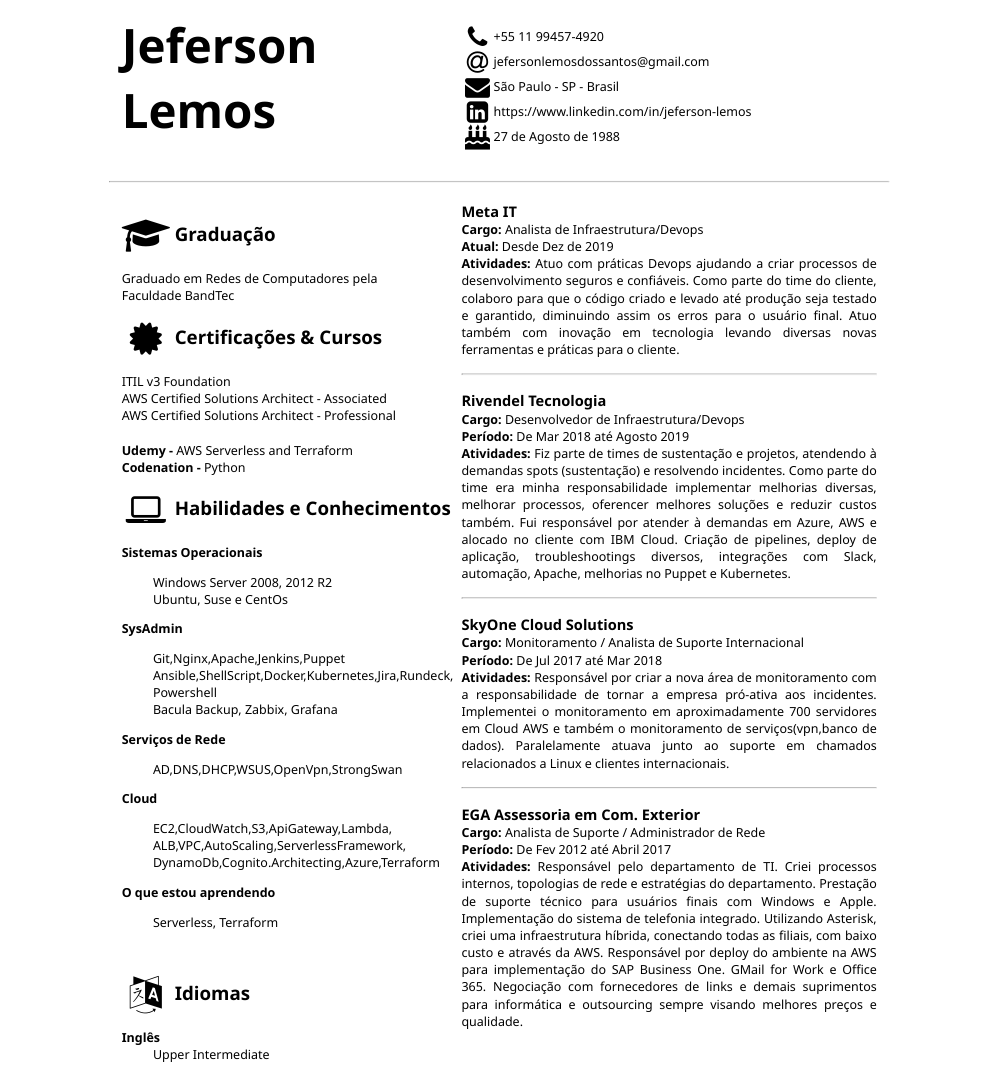
Repository: jefersonlemos/Resume-pt
Page: index.html
The author's editor kept a copy of each file at every save. The page is drawn from the files as they stood at one save, then again after the next save.
The browser window is 1280 px wide. The pictures show the whole page, at 78% of full size.

Above is the page before, as saved 2020-06-15 12:15:44.

After the next save:
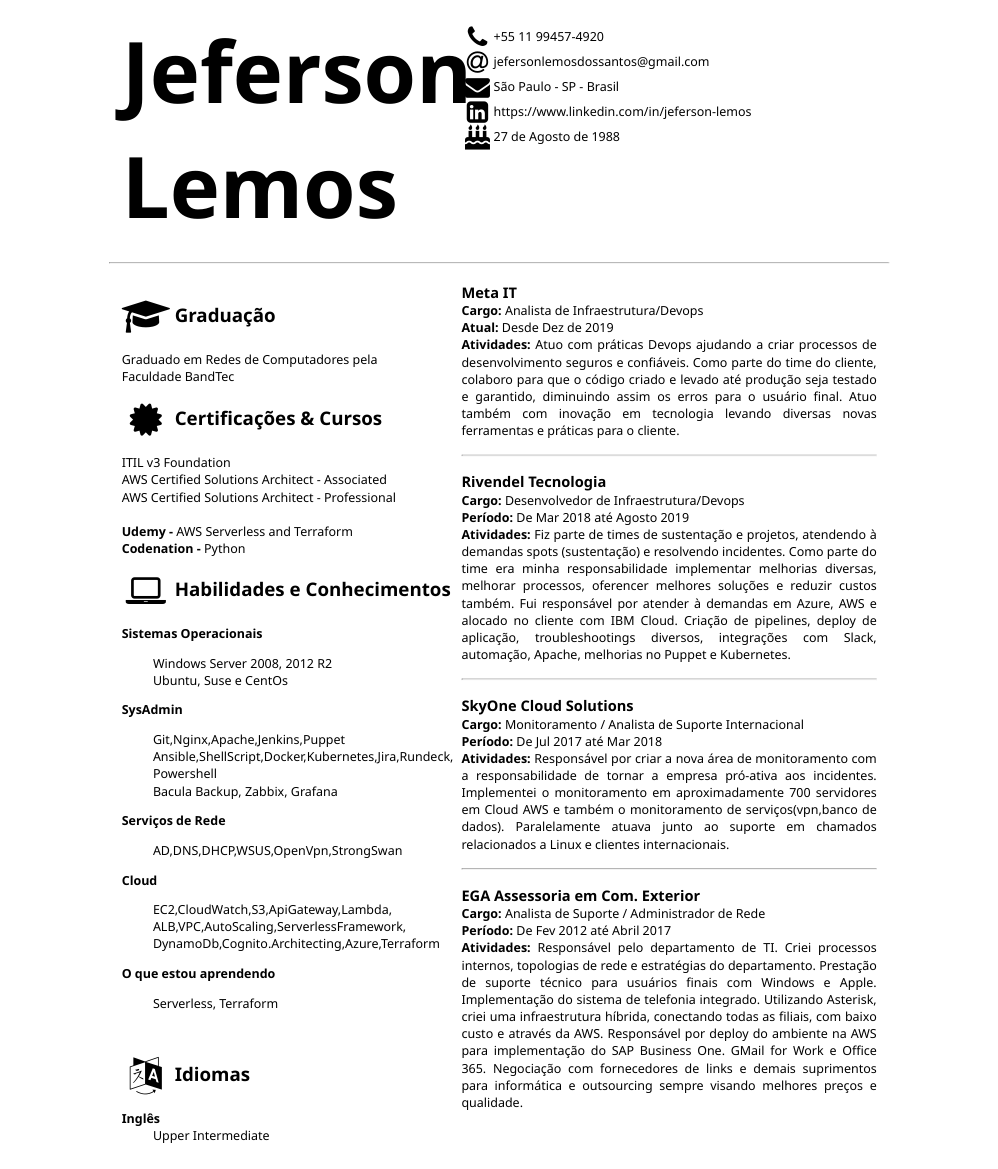
Saved 8 s later.
--- a/css/app.css
+++ b/css/app.css
@@ -24,7 +24,7 @@ main {
     }
 
 header h1 {
-    font-size: 3.8rem;
+    font-size: 6.8rem;
     margin: 0;
 }
 main h3 {
